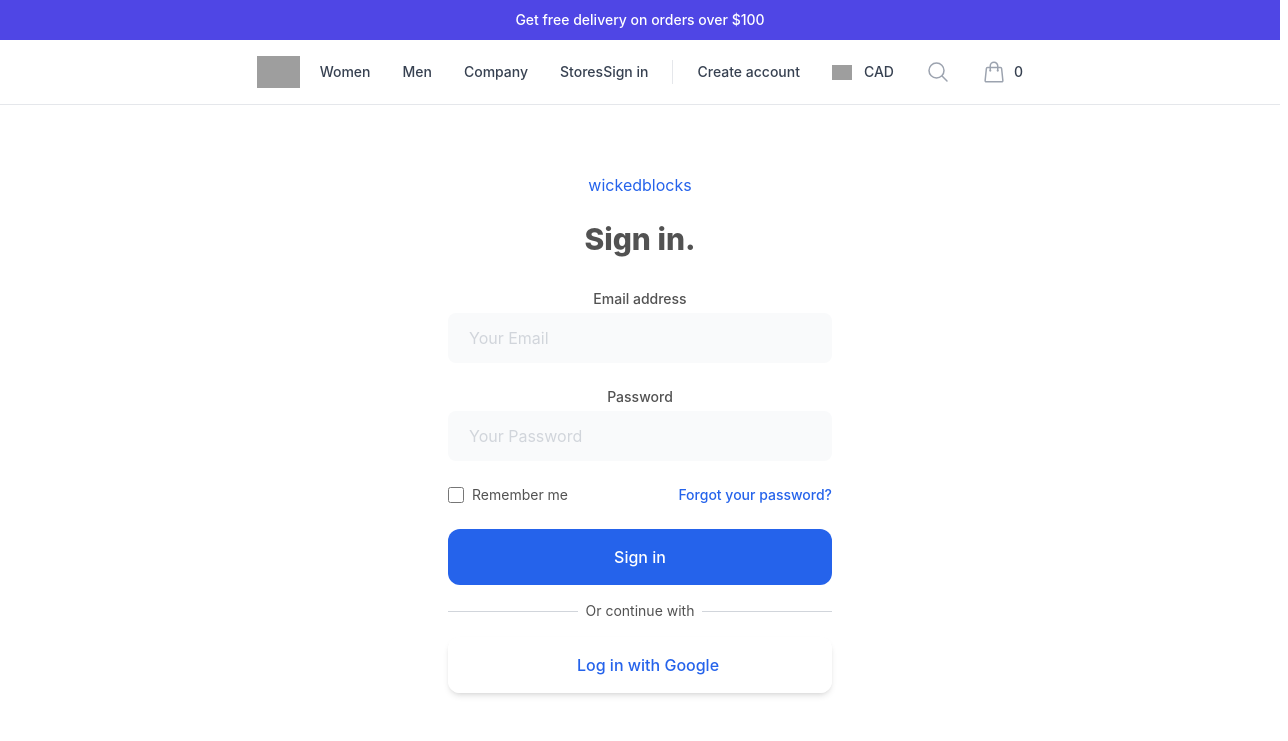
Repository: mehedi9465/Maiden_Wears
Page: /login
These files come from the project's save history. The page is drawn as it stood at one moment and after the next save; the edit follows.
The browser window is 1280 px wide. The page is 1280 px wide, then 1288 px, so the pictures cover 1288 px, including what lies to the right of the window. The pictures show the whole page.
Pictures or frames that could not be fetched are drawn as grey boxes. The page's requests for data from a server got no answer. The project was rebuilt for these pictures with package versions that can differ from the ones it lists, and the page was loaded fresh each time. No one was signed in, and anything a server would have sent is missing. Also part of the build but not shown: src/Components/Home/Promo/Promo.js, src/Components/Home/NewArrivals/NewArrivals.js, src/Components/Home/Brands/Brands.js, src/Components/Home/Home/Home.js, src/Components/Authentication/Register/Register.js, src/Components/Products/Products.js.

Above is the page before, as saved 2022-12-29 19:48:43.

### src/App.js
import logo from "./logo.svg";
import "./App.css";
import Navigation from "./Components/Home/Navigation/Navigation";
import Promo from "./Components/Home/Promo/Promo";
import NewArrivals from "./Components/Home/NewArrivals/NewArrivals";
import Brands from "./Components/Home/Brands/Brands";
import Home from "./Components/Home/Home/Home";
import AuthProvider from "./Components/Authentication/context/AuthProvider";
import {
  BrowserRouter,
  BrowserRouter as Router,
  Route,
  Routes,
  useLocation,
} from "react-router-dom";
import Login from "./Components/Authentication/Login/Login";
import Register from "./Components/Authentication/Register/Register";
import Products from "./Components/Products/Products";

function App() {
  return (
    <div className="App">
      <Router>
        <AuthProvider>
          <Navigation />
          <Routes>
            <Route exact path="/" element={<Home />} />
            <Route exact path="/:routeId" element={<Products />} />
            <Route exact path="/login" element={<Login />} />
            <Route exact path="/register" element={<Register />} />
          </Routes>
        </AuthProvider>
      </Router>
    </div>
  );
}

export default App;

### src/Components/Home/Navigation/Navigation.js
import React from "react";
import { Fragment, useState } from "react";
import { Dialog, Transition } from "@headlessui/react";
import { Link } from "react-router-dom";
import {
  Bars3Icon,
  MagnifyingGlassIcon,
  ShoppingBagIcon,
  XMarkIcon,
} from "@heroicons/react/24/outline";

const pages = [
  { name: "women", href: "#" },
  { name: "men", href: "#" },
  { name: "company", href: "#" },
  { name: "stores", href: "#" },
];

const Navigation = () => {
  const [open, setOpen] = useState(false);

  return (
    <div className="bg-white">
      {/* Mobile menu */}
      <Transition.Root show={open} as={Fragment}>
        <Dialog as="div" className="relative z-40 lg:hidden" onClose={setOpen}>
          <Transition.Child
            as={Fragment}
            enter="transition-opacity ease-linear duration-300"
            enterFrom="opacity-0"
            enterTo="opacity-100"
            leave="transition-opacity ease-linear duration-300"
            leaveFrom="opacity-100"
            leaveTo="opacity-0"
          >
            <div className="fixed inset-0 bg-black bg-opacity-25" />
          </Transition.Child>

          <div className="fixed inset-0 z-40 flex">
            <Transition.Child
              as={Fragment}
              enter="transition ease-in-out duration-300 transform"
              enterFrom="-translate-x-full"
              enterTo="translate-x-0"
              leave="transition ease-in-out duration-300 transform"
              leaveFrom="translate-x-0"
              leaveTo="-translate-x-full"
            >
              <Dialog.Panel className="relative flex w-full max-w-xs flex-col overflow-y-auto bg-white pb-12 shadow-xl">
                <div className="flex px-4 pt-5 pb-2">
                  <button
                    type="button"
                    className="-m-2 inline-flex items-center justify-center rounded-md p-2 text-gray-400"
                    onClick={() => setOpen(false)}
                  >
                    <span className="sr-only">Close menu</span>
                    <XMarkIcon className="h-6 w-6" aria-hidden="true" />
                  </button>
                </div>

                <div className="space-y-6 border-t border-gray-200 py-6 px-4">
                  {pages.map((page) => (
                    <div key={page.name} className="flow-root ">
                      <Link
                        to={`/${page}`}
                        className="-m-2 block p-2 font-medium text-gray-900"
                      >
                        <span className="capitalize">{page.name}</span>
                      </Link>
                    </div>
                  ))}
                </div>

                <div className="space-y-6 border-t border-gray-200 py-6 px-4">
                  <div className="flow-root">
                    <Link
                      to="/login"
                      className="-m-2 block p-2 font-medium text-gray-900"
                    >
                      Sign in
                    </Link>
                  </div>
                  <div className="flow-root">
                    <Link
                      to="/register"
                      className="-m-2 block p-2 font-medium text-gray-900"
                    >
                      Create account
                    </Link>
                  </div>
                </div>

                <div className="border-t border-gray-200 py-6 px-4">
                  <a href="#" className="-m-2 flex items-center p-2">
                    <img
                      src="https://tailwindui.com/img/flags/flag-canada.svg"
                      alt=""
                      className="block h-auto w-5 flex-shrink-0"
                    />
                    <span className="ml-3 block text-base font-medium text-gray-900">
                      CAD
                    </span>
                    <span className="sr-only">, change currency</span>
                  </a>
                </div>
              </Dialog.Panel>
            </Transition.Child>
          </div>
        </Dialog>
      </Transition.Root>

      {/* Mobile Menu  */}

      <header className="relative bg-white border-b border-gray-200">
        <p className="flex h-10 items-center justify-center bg-indigo-600 px-4 text-sm font-medium text-white sm:px-6 lg:px-8">
          Get free delivery on orders over $100
        </p>

        <nav aria-label="Top" className="mx-auto w-fit px-4 sm:px-6 lg:px-0">
          <div className="">
            <div className="flex h-16 items-center">
              <button
                type="button"
                className="rounded-md bg-white p-2 text-gray-400 lg:hidden"
                onClick={() => setOpen(true)}
              >
                <span className="sr-only">Open menu</span>
                <Bars3Icon className="h-6 w-6" aria-hidden="true" />
              </button>

              {/* Logo */}
              <div className="ml-4 flex lg:ml-0">
                <Link to="/">
                  <img
                    className="h-8 w-auto mr-5"
                    src="https://tailwindui.com/img/logos/mark.svg?color=indigo&shade=600"
                    alt=""
                  />
                </Link>
              </div>

              {/* Flyout menus */}
              <div className="flex h-full space-x-8">
                {pages.map((page) => (
                  <Link
                    to={`/${page}`}
                    key={page.name}
                    href={page.href}
                    className="flex items-center text-sm font-medium text-gray-700 hover:text-gray-800"
                  >
                    <span className="capitalize">{page.name}</span>
                  </Link>
                ))}
              </div>

              <div className="ml-auto flex items-center">
                <div className="hidden lg:flex lg:flex-1 lg:items-center lg:justify-end lg:space-x-6">
                  <Link
                    to="/login"
                    className="text-sm font-medium text-gray-700 hover:text-gray-800"
                  >
                    Sign in
                  </Link>
                  <span className="h-6 w-px bg-gray-200" aria-hidden="true" />
                  <Link
                    to="/register"
                    className="text-sm font-medium text-gray-700 hover:text-gray-800"
                  >
                    Create account
                  </Link>
                </div>

                <div className="hidden lg:ml-8 lg:flex">
                  <a
                    href="#"
                    className="flex items-center text-gray-700 hover:text-gray-800"
                  >
                    <img
                      src="https://tailwindui.com/img/flags/flag-canada.svg"
                      alt=""
                      className="block h-auto w-5 flex-shrink-0"
                    />
                    <span className="ml-3 block text-sm font-medium">CAD</span>
                    <span className="sr-only">, change currency</span>
                  </a>
                </div>

                {/* Search */}
                <div className="flex lg:ml-6">
                  <a href="#" className="p-2 text-gray-400 hover:text-gray-500">
                    <span className="sr-only">Search</span>
                    <MagnifyingGlassIcon
                      className="h-6 w-6"
                      aria-hidden="true"
                    />
                  </a>
                </div>

                {/* Cart */}
                <div className="ml-4 flow-root lg:ml-6">
                  <a href="#" className="group -m-2 flex items-center p-2">
                    <ShoppingBagIcon
                      className="h-6 w-6 flex-shrink-0 text-gray-400 group-hover:text-gray-500"
                      aria-hidden="true"
                    />
                    <span className="ml-2 text-sm font-medium text-gray-700 group-hover:text-gray-800">
                      0
                    </span>
                    <span className="sr-only">items in cart, view bag</span>
                  </a>
                </div>
              </div>
            </div>
          </div>
        </nav>
      </header>
      {/* Big Screen menu */}
    </div>
  );
};

export default Navigation;

### src/Components/Authentication/context/AuthProvider.js
import React, { createContext } from 'react';
import useFirebase from '../hooks/useFirebase';

export const AuthContext = createContext();

const AuthProvider = ({ children }) => {
    const allContext = useFirebase();
    return (
        <AuthContext.Provider value={allContext}>
            { children }
        </AuthContext.Provider>
    );
};

export default AuthProvider;

### src/Components/Authentication/Login/Login.js
import React from "react";

const Login = () => {
  return (
    <div>
      <section class=" overflow-hidden">
    <div class="flex min- overflow-hidden flex justify-center mt-5">
        <div class="flex flex-col justify-center flex-1 px-4 py-12 overflow-hidden sm:px-6 lg:flex-none lg:px-20 xl:px-24">
            <div class="w-full max-w-xl mx-auto lg:w-96">
                <div>
                    <a href="./index.html" class="text-blue-600 text-medium">wickedblocks</a>
                    <h2 class="mt-6 text-3xl font-extrabold text-neutral-600">Sign in.</h2>
                </div>

                <div class="mt-8">
                    <div class="mt-6">
                        <form action="#" method="POST" class="space-y-6">
                            <div>
                                <label for="email" class="block text-sm font-medium text-neutral-600"> Email address </label>
                                <div class="mt-1">
                                    <input id="email" name="email" type="email" autocomplete="email" required="" placeholder="Your Email" class="block w-full px-5 py-3 text-base text-neutral-600 placeholder-gray-300 transition duration-500 ease-in-out transform border border-transparent rounded-lg bg-gray-50 focus:outline-none focus:border-transparent focus:ring-2 focus:ring-white focus:ring-offset-2 focus:ring-offset-gray-300"/>
                                </div>
                            </div>

                            <div class="space-y-1">
                                <label for="password" class="block text-sm font-medium text-neutral-600"> Password </label>
                                <div class="mt-1">
                                    <input id="password" name="password" type="password" autocomplete="current-password" required="" placeholder="Your Password" class="block w-full px-5 py-3 text-base text-neutral-600 placeholder-gray-300 transition duration-500 ease-in-out transform border border-transparent rounded-lg bg-gray-50 focus:outline-none focus:border-transparent focus:ring-2 focus:ring-white focus:ring-offset-2 focus:ring-offset-gray-300"/>
                                </div>
                            </div>

                            <div class="flex items-center justify-between">
                                <div class="flex items-center">
                                    <input id="remember-me" name="remember-me" type="checkbox" placeholder="Your password" class="w-4 h-4 text-blue-600 border-gray-200 rounded focus:ring-blue-500" />
                                    <label for="remember-me" class="block ml-2 text-sm text-neutral-600"> Remember me </label>
                                </div>

                                <div class="text-sm">
                                    <a href="#" class="font-medium text-blue-600 hover:text-blue-500"> Forgot your password? </a>
                                </div>
                            </div>

                            <div>
                                <button type="submit" class="flex items-center justify-center w-full px-10 py-4 text-base font-medium text-center text-white transition duration-500 ease-in-out transform bg-blue-600 rounded-xl hover:bg-blue-700 focus:outline-none focus:ring-2 focus:ring-offset-2 focus:ring-blue-500">Sign in</button>
                            </div>
                        </form>
                        <div class="relative my-4">
                            <div class="absolute inset-0 flex items-center">
                                <div class="w-full border-t border-gray-300"></div>
                            </div>
                            <div class="relative flex justify-center text-sm">
                                <span class="px-2 text-neutral-600 bg-white"> Or continue with </span>
                            </div>
                        </div>
                        <div>
                            <button type="submit" class="w-full items-center block px-10 py-3.5 text-base font-medium text-center text-blue-600 transition duration-500 ease-in-out transform border-2 border-white shadow-md rounded-xl focus:outline-none focus:ring-2 focus:ring-offset-2 focus:ring-gray-500">
                                <div class="flex items-center justify-center">
                                    {/* <svg xmlns="http://www.w3.org/2000/svg" xmlns:xlink="http://www.w3.org/1999/xlink" class="w-6 h-6" viewBox="0 0 48 48">
                                        <defs>
                                            <path id="a" d="M44.5 20H24v8.5h11.8C34.7 33.9 30.1 37 24 37c-7.2 0-13-5.8-13-13s5.8-13 13-13c3.1 0 5.9 1.1 8.1 2.9l6.4-6.4C34.6 4.1 29.6 2 24 2 11.8 2 2 11.8 2 24s9.8 22 22 22c11 0 21-8 21-22 0-1.3-.2-2.7-.5-4z"></path>
                                        </defs>
                                        <clipPath id="b">
                                            <use xlink:href="#a" overflow="visible"></use>
                                        </clipPath>
                                        <path clip-path="url(#b)" fill="#FBBC05" d="M0 37V11l17 13z"></path>
                                        <path clip-path="url(#b)" fill="#EA4335" d="M0 11l17 13 7-6.1L48 14V0H0z"></path>
                                        <path clip-path="url(#b)" fill="#34A853" d="M0 37l30-23 7.9 1L48 0v48H0z"></path>
                                        <path clip-path="url(#b)" fill="#4285F4" d="M48 48L17 24l-4-3 35-10z"></path>
                                    </svg> */}
                                    <span class="ml-4"> Log in with Google</span>
                                </div>
                            </button>
                        </div>
                    </div>
                </div>
            </div>
        </div>
    </div>
</section>
    </div>
  );
};

export default Login;

### src/Components/Authentication/hooks/useFirebase.js
import { useEffect, useState } from "react";
import initializeAuth from "../Firebase/Firebase.initialize";
import {
  GoogleAuthProvider,
  getAuth,
  signInWithPopup,
  onAuthStateChanged,
  signOut,
  createUserWithEmailAndPassword,
  updateProfile,
  signInWithEmailAndPassword,
} from "firebase/auth";
import swal from "sweetalert";
import axios from "axios";

initializeAuth();

const useFirebase = () => {
  const [user, setUser] = useState({});
  const [error, setError] = useState("");
  const [isLoading, setIsLoading] = useState(true);
  const [isAdmin, setIsAdmin] = useState();

  const auth = getAuth();
  const googleProvider = new GoogleAuthProvider();

  const googleSignIn = (location, history) => {
    setIsLoading(true);
    signInWithPopup(auth, googleProvider)
      .then((res) => {
        const user = res.user;
        saveUser(user.email, user.displayName, "PUT");
        setError("");
        const des = location?.state?.from || "/";
        history.replace(des);
      })
      .catch((e) => setError(e.message))
      .finally(() => setIsLoading(false));
  };

  const registerUser = (name, email, password) => {
    setIsLoading(true);
    createUserWithEmailAndPassword(auth, email, password)
      .then((userCredential) => {
        setError("");
        saveUser(email, name, "POST");
        updateProfile(auth.currentUser, {
          displayName: name,
        })
          .then(() => {})
          .catch((e) => setError(e.message));
      })
      .catch((e) => setError(e.message))
      .finally(() => setIsLoading(false));
  };

  const loginUser = (email, password, location, history) => {
    setIsLoading(true);
    signInWithEmailAndPassword(auth, email, password)
      .then((userCredential) => {
        setError("");
        const des = location?.state?.from || "/";
        history.replace(des);
      })
      .catch((e) => setError(e.message))
      .finally(() => setIsLoading(false));
  };

  const logOut = () => {
    signOut(auth)
      .then(() => {})
      .catch((e) => setError(e.message));
  };

  const saveUser = (email, displayName, method) => {
    const user = { email, displayName };
    fetch("https://bikezone-server-hg7c.onrender.com/users", {
      method: method,
      headers: {
        "content-type": "application/json",
      },
      body: JSON.stringify(user),
    })
      .then((res) => res.json())
      .then((data) => {
        console.log(data);
        if (data.insertedId || data.acknowledged) {
          swal({
            title: "Welcome!",
            icon: "success",
            button: "ok",
          });
        } else {
          swal({
            title: "Something Went Wrong!",
            icon: "error",
            button: "ok",
          });
        }
      });
  };

  useEffect(() => {
    onAuthStateChanged(auth, (user) => {
      if (user) {
        setUser(user);
      } else {
        setUser({});
      }
      setIsLoading(false);
    });
  }, [auth]);

  useEffect(() => {
    if (user?.email) {
      axios
        .get(
          `https://bikezone-server-hg7c.onrender.com/users?email=${user?.email}`
        )
        .then(({ data }) => setIsAdmin(data.admin));
    }
  }, [user?.email]);

  return {
    user,
    error,
    isLoading,
    isAdmin,
    googleSignIn,
    registerUser,
    loginUser,
    logOut,
  };
};

export default useFirebase;

### src/Components/Authentication/Firebase/Firebase.initialize.js
import { initializeApp } from "firebase/app";
import firebaseConfig from "./Firebase.config";

const initializeAuth = () => {
    initializeApp(firebaseConfig);
}

export default initializeAuth;

### src/Components/Authentication/Firebase/Firebase.config.js
const firebaseConfig = {
  apiKey: process.env.REACT_APP_API_KEY,
  authDomain: process.env.REACT_APP_AUTH_DOMAIN,
  projectId: process.env.REACT_APP_PROJECT_ID,
  storageBucket: process.env.REACT_APP_STORAGE_BUCKET,
  messagingSenderId: process.env.REACT_APP_MESSAGING_SENDER_ID,
  appId: process.env.REACT_APP_ID,
};

export default firebaseConfig;

Loaded but not shown: public/index.html (common file); src/index.js (common file); src/index.css (common file); src/reportWebVitals.js (common file); src/App.css (common file); tailwind.config.js (common file)

After the next save:
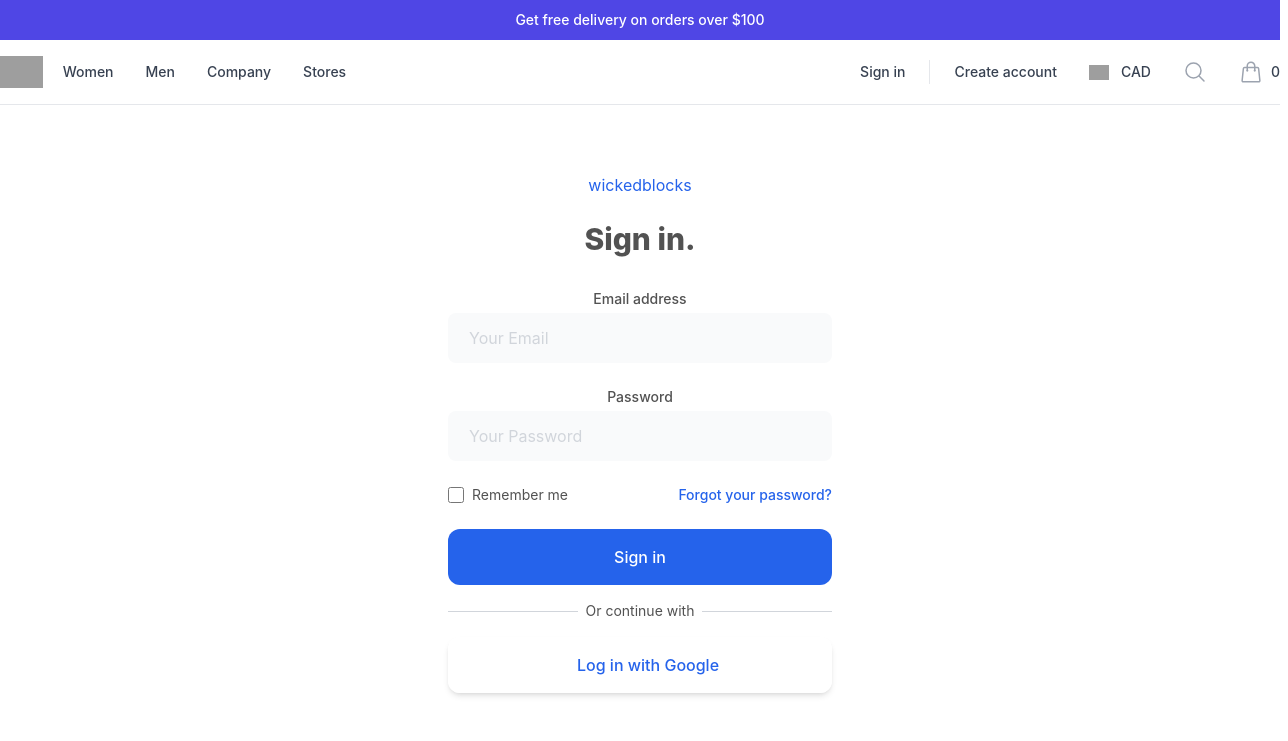
Saved 11 s later.
--- a/src/Components/Home/Navigation/Navigation.js
+++ b/src/Components/Home/Navigation/Navigation.js
@@ -116,7 +116,7 @@ const Navigation = () => {
           Get free delivery on orders over $100
         </p>
 
-        <nav aria-label="Top" className="mx-auto w-fit px-4 sm:px-6 lg:px-0">
+        <nav aria-label="Top" className="mx-auto w-full px-4 sm:px-6 lg:px-0">
           <div className="">
             <div className="flex h-16 items-center">
               <button
